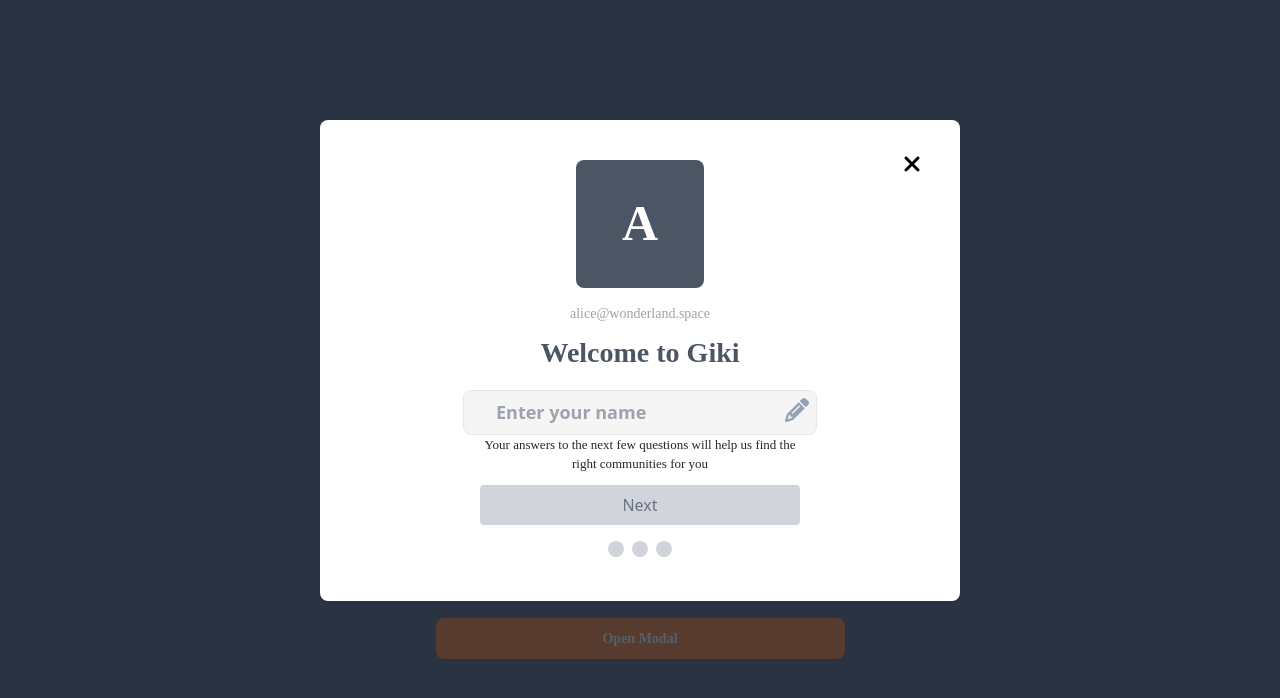
Repository: ZakariaZhlat125/lucatctyteste
Page: /, after clicking the first element matching `button.mt-36`
The author's editor kept a copy of each file at every save. The page is drawn from the files as they stood at one save, then again after the next save.
The browser window is 1280 px wide. The pictures show the whole page.
The project was rebuilt for these pictures with package versions that can differ from the ones it lists, and the page was loaded fresh each time. Also part of the build but not shown: vite.config.js, src/Components/ModalComponents/PickLang.jsx, src/Components/ModalComponents/SelectImage.jsx.

Above is the page before, as saved 2023-09-29 14:41:58.

After the next save:
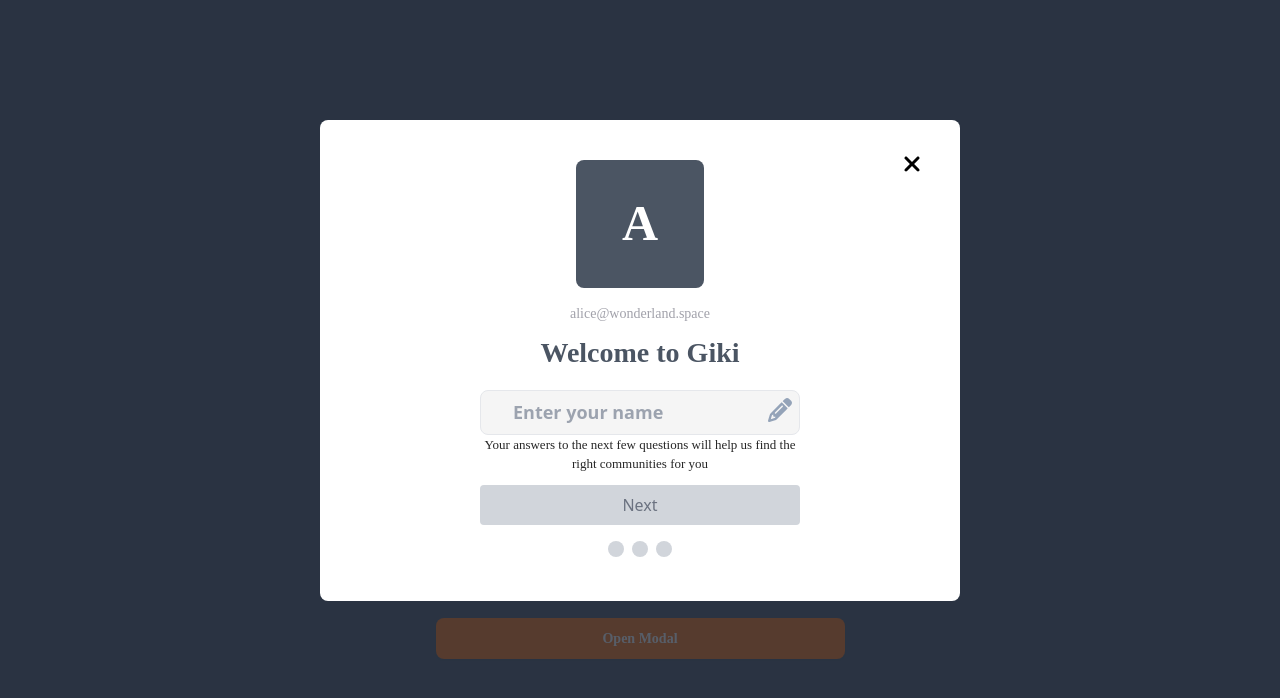
Saved 46 s later.
--- a/src/Components/ModalComponents/Welcom.jsx
+++ b/src/Components/ModalComponents/Welcom.jsx
@@ -24,7 +24,7 @@
         <input
           type="text"
           placeholder="Enter your name"
-          className="py-2 px-8 pr-12 border text-orange-500 font-bold text-[18px] bg-neutral-100 rounded-lg focus:outline-none focus:border-orange-500"
+          className=" sm:w-[20rem] w-[70vw] py-2 px-8 pr-12 border text-orange-500 font-bold text-[18px] bg-neutral-100 rounded-lg focus:outline-none focus:border-orange-500"
           value={inputValueName} // Bind input value to state
           onChange={handleInputChange} // Handle input change
         />
